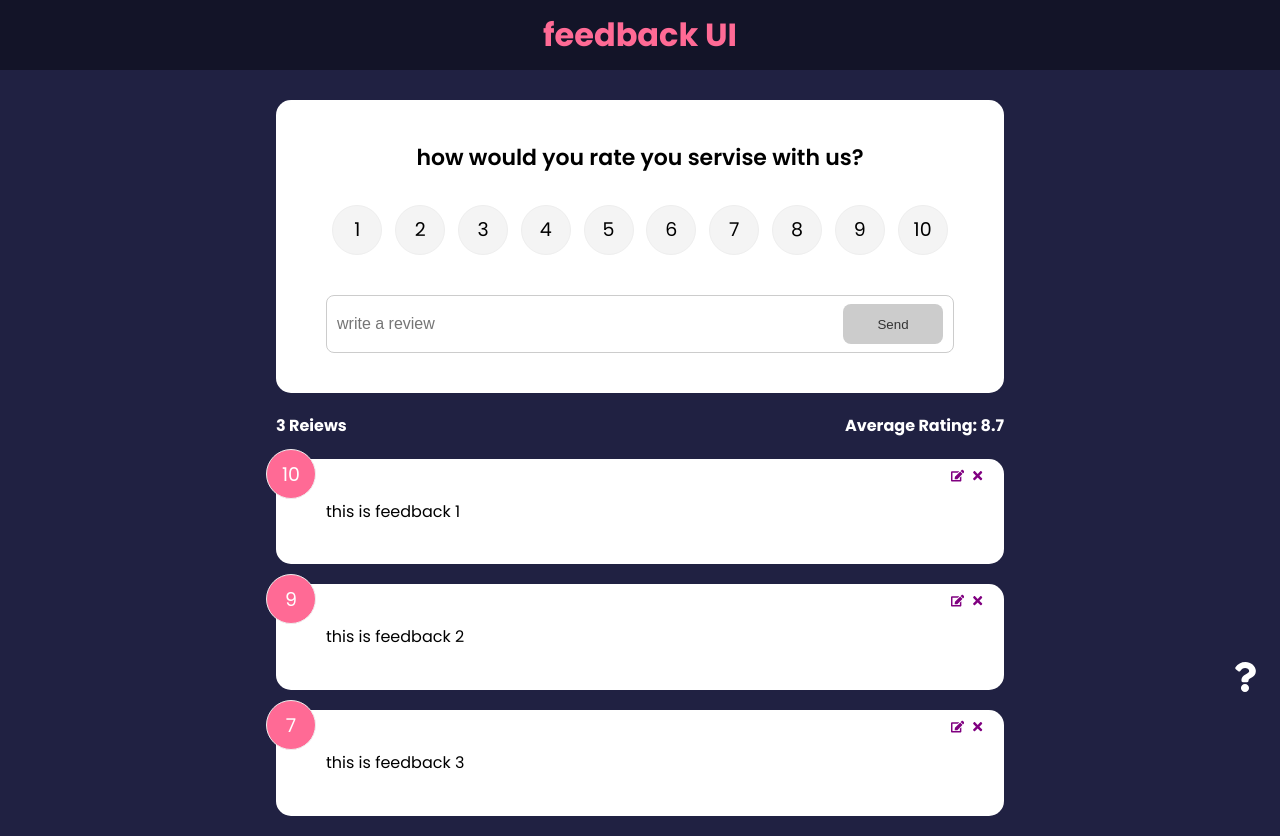
Repository: benjamins1995/Feedback-UI
Page: /
An editor plug-in stored every save of this project. The page is shown before and after the next save, followed by the edit.
The browser window is 1280 px wide. The pictures show the whole page.
The page's requests for data from a server got no answer. The project was rebuilt for these pictures with package versions that can differ from the ones it lists, and the page was loaded fresh each time. No one was signed in, and anything a server would have sent is missing. Also part of the build but not shown: src/components/pages/AboutPage.jsx.

Above is the page before, as saved 2022-01-31 18:24:24.

After the next save:
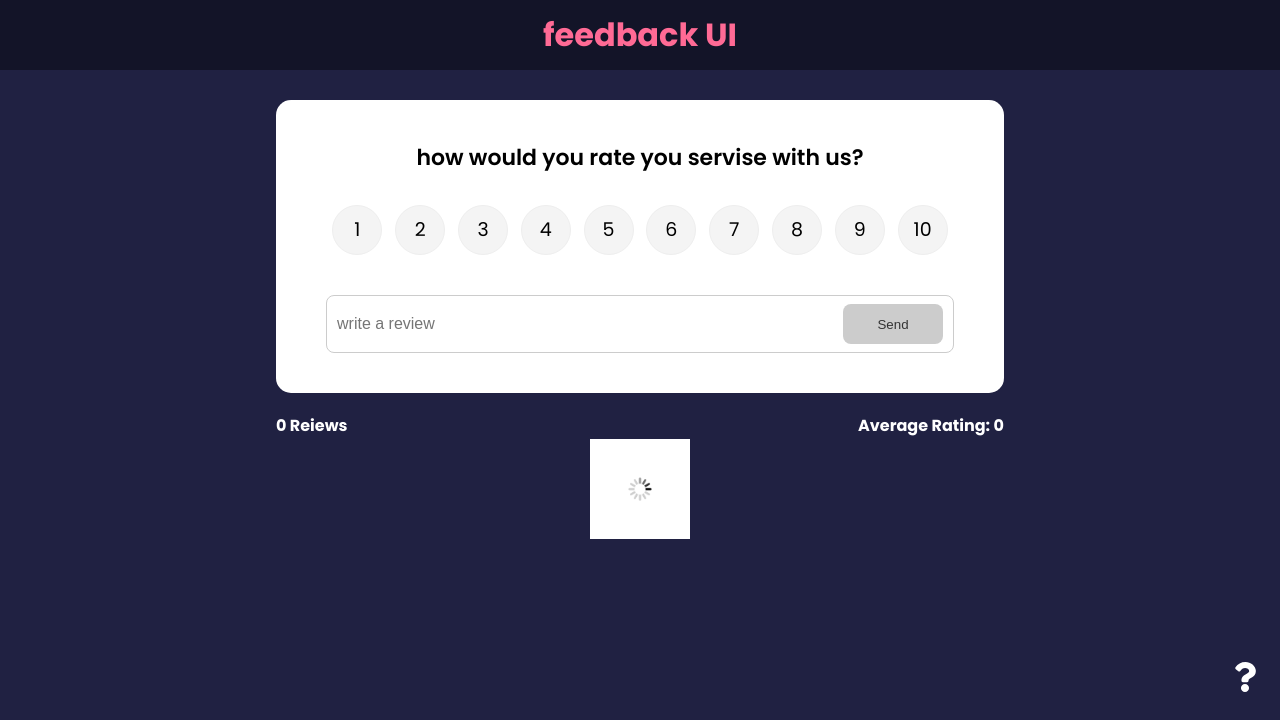
Saved 119 s later.
--- a/src/context/FeedbackContext.js
+++ b/src/context/FeedbackContext.js
@@ -1,43 +1,47 @@
-import { createContext, useState } from 'react';
-import { v4 as uuidv4 } from 'uuid';
+import { createContext, useState, useEffect } from 'react';
 
 const FeedbackContext = createContext();
 
 export const FeedbackProvider = ({ children }) => {
-  const [feedback, setFeedback] = useState([
-    {
-      id: 1,
-      text: 'this is feedback 1',
-      rating: 10,
-    },
-    {
-      id: 2,
-      text: 'this is feedback 2',
-      rating: 9,
-    },
-    {
-      id: 3,
-      text: 'this is feedback 3',
-      rating: 7,
-    },
-  ]);
-
+  const [isLoading, setIsLoading] = useState(true);
+  const [feedback, setFeedback] = useState([]);
   const [feedbackEdit, setFeedbackEdit] = useState({
     item: {},
     edit: false,
   });
 
+  useEffect(() => {
+    fetchFeedback();
+  }, []);
+
+  //Fetch feedback
+  const fetchFeedback = async () => {
+    const response = await fetch('/feedback?_sort=id&_order=desc');
+    const data = await response.json();
+    setFeedback(data);
+    setIsLoading(false);
+  };
+
   // Delete feedback
-  const deleteFeedback = (id) => {
+  const deleteFeedback = async (id) => {
     if (window.confirm('are you sure you want to delete?')) {
+      await fetch('/feedback/' + id, { method: 'DELETE' });
+
       setFeedback(feedback.filter((item) => item.id !== id));
     }
   };
 
   // Add new feedback
-  const addFeedback = (newFeedback) => {
-    newFeedback.id = uuidv4();
-    setFeedback([newFeedback, ...feedback]);
+  const addFeedback = async (newFeedback) => {
+    const response = await fetch('/feedback', {
+      method: 'POST',
+      headers: {
+        'Content-Type': 'application/json',
+      },
+      body: JSON.stringify(newFeedback),
+    });
+    const data = await response.json();
+    setFeedback([data, ...feedback]);
   };
 
   // Set item to be updated
@@ -49,9 +53,18 @@ export const FeedbackProvider = ({ children }) => {
   };
 
   // Update feedback item
-  const updateFeedback = (id, updItem) => {
+  const updateFeedback = async (id, updItem) => {
+    const response = await fetch('/feedback/' + id, {
+      method: 'PUT',
+      headers: {
+        'Content-Type': 'application/json',
+      },
+      body: JSON.stringify(updItem),
+    });
+    const data = await response.json();
+
     setFeedback(
-      feedback.map((item) => (item.id === id ? { ...item, ...updItem } : item))
+      feedback.map((item) => (item.id === id ? { ...item, ...data } : item))
     );
   };
 
@@ -60,6 +73,7 @@ export const FeedbackProvider = ({ children }) => {
       value={{
         feedback,
         feedbackEdit,
+        isLoading,
         deleteFeedback,
         addFeedback,
         editFeedback,
